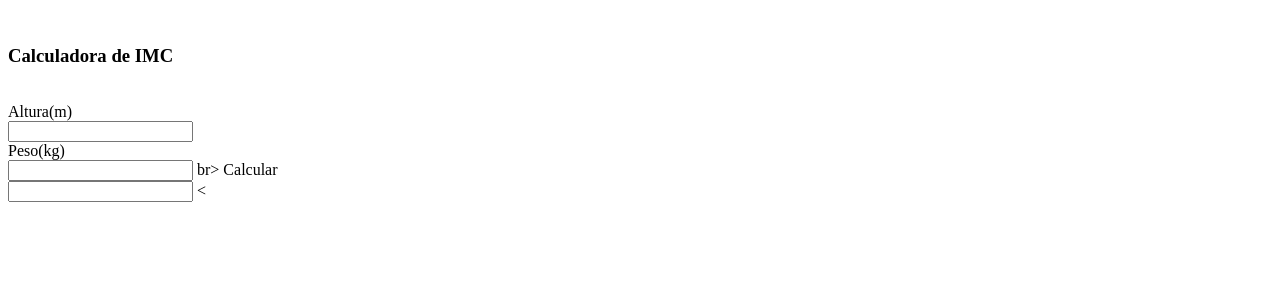
Repository: Patriciamativi/Projetos
Page: index.html
The author's editor kept a copy of each file at every save. The page is drawn from the files as they stood at one save, then again after the next save.
The browser window is 1280 px wide. The pictures show the whole page.

Above is the page before, as saved 2022-11-17 20:47:07.

After the next save:
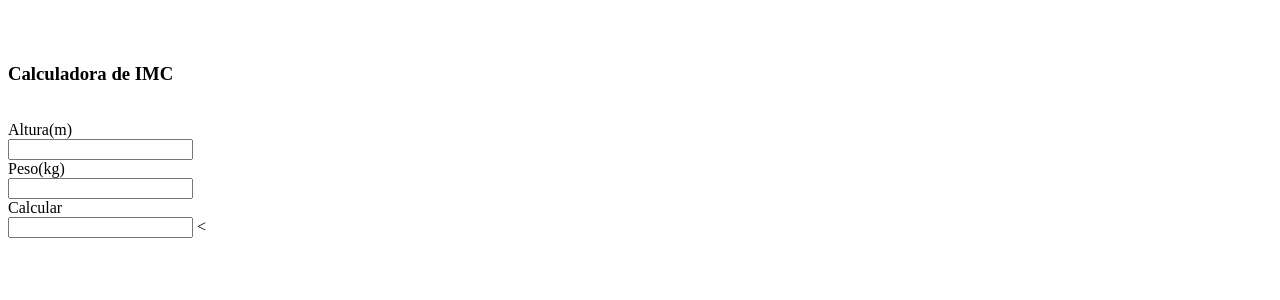
Saved 5 s later.
--- a/index.html
+++ b/index.html
@@ -5,7 +5,7 @@
         <meta charset="utf-8"/>
     </head>
 
-    <body>
+    <br>
         <h3>Calculadora de IMC</h3>
 
     <br>
@@ -13,7 +13,7 @@
         <input type: "number" > </br>
 
         Peso(kg)<br/>
-        <input type: "number" > </body>br>
+        <input type: "number" > </br>
 
         Calcular</br>
         <input type "text" > <
